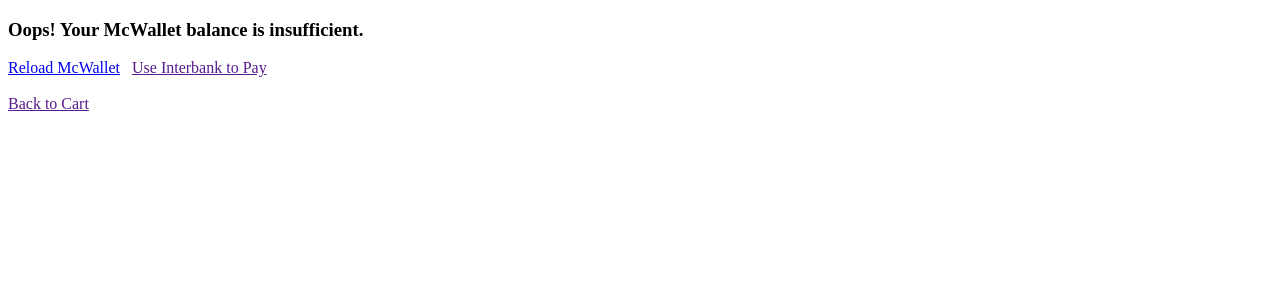
Repository: Jeck97/Mcdonald-Delivery-System
Page: McDelivery/WebContent/placeOrder/insufficientBalancePage.html
An editor plug-in stored every save of this project. The page is shown before and after the next save, followed by the edit.
The browser window is 1280 px wide. The pictures show the whole page.

Above is the page before, as saved 2020-07-11 16:13:07.

After the next save:
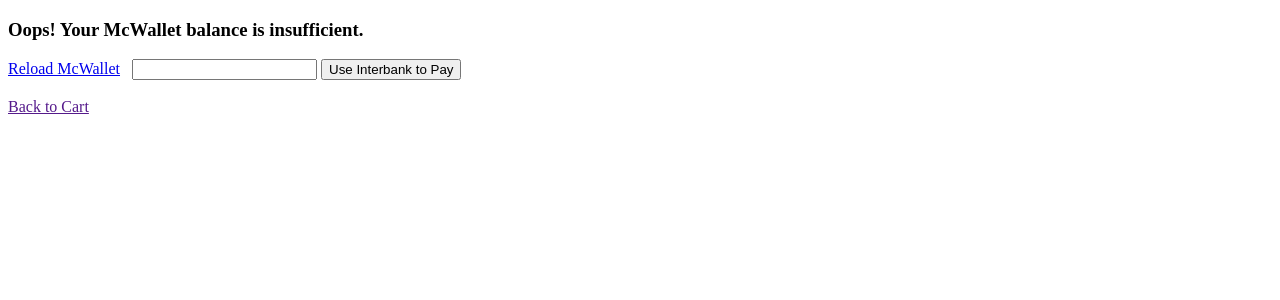
Saved 12 min 53 s later.
--- a/McDelivery/WebContent/placeOrder/insufficientBalancePage.html
+++ b/McDelivery/WebContent/placeOrder/insufficientBalancePage.html
@@ -8,10 +8,10 @@
 
 	<h3>Oops! Your McWallet balance is insufficient.</h3>
 
-	<form id="" action=""></form>
+	<form id="switch_method" action="paymentServlet" method="post"></form>
 	<a href="../reloadMcWallet/reloadForm.jsp">Reload McWallet</a> &nbsp;
-
-	<a  href="">Use Interbank to Pay</a><br><br>
+	<input type="url">
+	<a><input type="submit" value="Use Interbank to Pay"></a><br><br>
 	<a href="">Back to Cart</a>
 
 </body>
